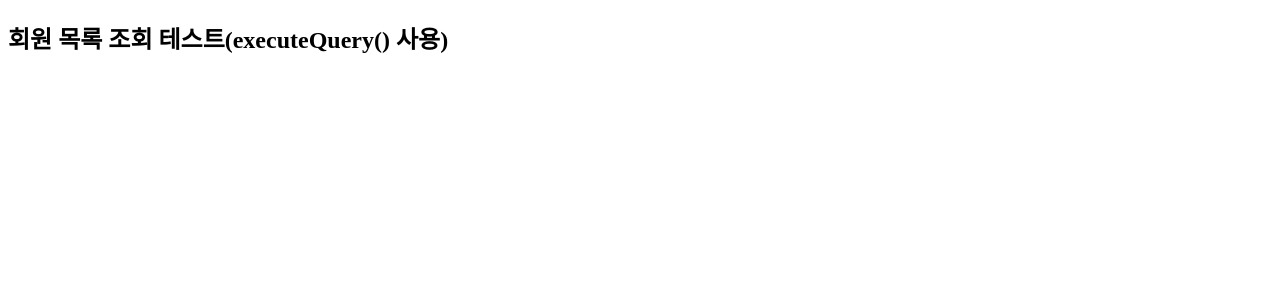
Repository: choikoya/JSP
Page: http://localhost/MustHaveJSP/05/ExeQuery2.jsp
The author's editor kept a copy of each file at every save. The page is drawn from the files as they stood at one save, then again after the next save.
The browser window is 1280 px wide. The pictures show the whole page.
The page is served by Tomcat 10. Nobody is signed in. The application's start-up code is not run. Queries for data that is not in the repository find no rows.

Above is the page before, as saved 2024-06-14 09:40:01.

After the next save:
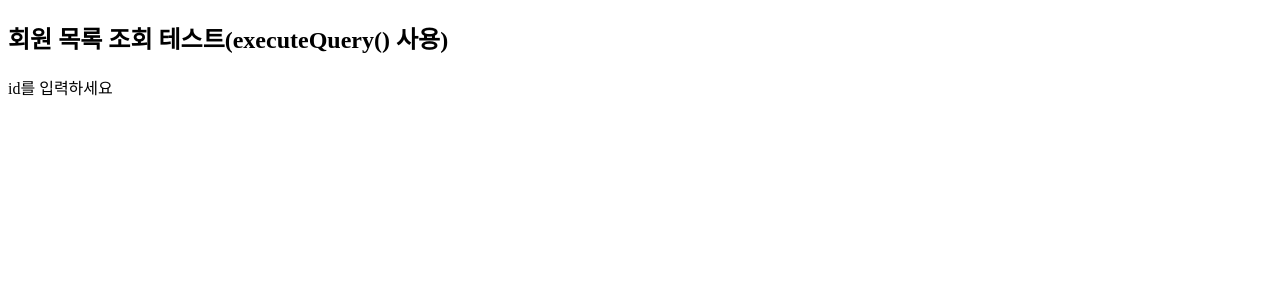
Saved 1 s later.
--- a/MustHaveJSP/src/main/webapp/05/ExeQuery2.jsp
+++ b/MustHaveJSP/src/main/webapp/05/ExeQuery2.jsp
@@ -14,10 +14,16 @@
 <body>
 	<h2>회원 목록 조회 테스트(executeQuery() 사용)</h2>
 	<%
+	String userId = request.getParameter("id");
+	if(userId == null){
+		out.println("id를 입력하세요");
+		return;
+	}
+
 
 	JDBConnect jdbc = new JDBConnect();
 
-	String sql = "SELECT num, title, content, id, postdate, visitcount FROM board WHERE id='musthave'";
+	String sql = "SELECT num, title, content, id, postdate, visitcount FROM board WHERE id='"+userId+"'";
 	Statement stmt = jdbc.getCon().createStatement();
 
 	ResultSet rs = stmt.executeQuery(sql);
